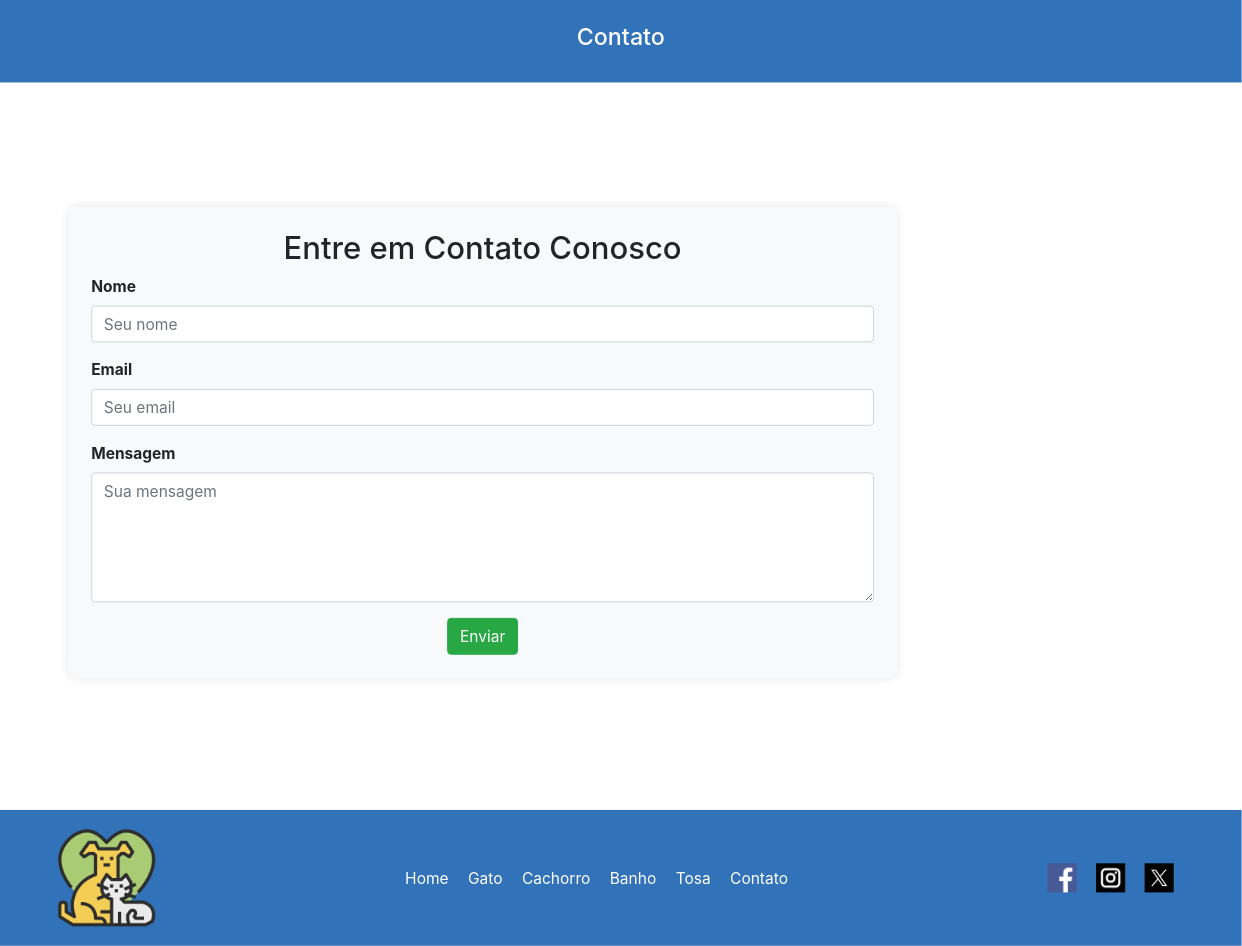
Repository: graeff01/petshop-project
Page: contato.html
An editor plug-in stored every save of this project. The page is shown before and after the next save, followed by the edit.
The browser window is 1280 px wide. The pictures show the whole page, at 97% of full size.

Above is the page before, as saved 2024-09-18 11:43:46.

### contato.html
<!DOCTYPE html>
<html lang="en">
<head>
    <meta charset="UTF-8">
    <meta name="viewport" content="width=device-width, initial-scale=1.0">
    <title>PetShop - Contato</title>
    <link rel="stylesheet" href="css/ctt.css">
    <link href="https://maxcdn.bootstrapcdn.com/bootstrap/4.5.2/css/bootstrap.min.css" rel="stylesheet">
</head>
<body>
    <header class="blue-background text-center p-4">
        <h1>Contato</h1>
    </header>
    <div class="container mt-5">
        <div class="row">
            <section class="col-md-9 p-4 form-section">
                <h2 class="text-center">Entre em Contato Conosco</h2>
                <form>
                    <div class="form-group">
                        <label for="contact-name">Nome</label>
                        <input type="text" class="form-control" id="contact-name" placeholder="Seu nome">
                    </div>
                    <div class="form-group">
                        <label for="contact-email">Email</label>
                        <input type="email" class="form-control" id="contact-email" placeholder="Seu email">
                    </div>
                    <div class="form-group">
                        <label for="contact-message">Mensagem</label>
                        <textarea class="form-control" id="contact-message" rows="5" placeholder="Sua mensagem"></textarea>
                    </div>
                    <div class="text-center">
                        <button type="submit" class="btn btn-success">Enviar</button>
                    </div>
                </form>
            </section>
        </div>
    </div>
    <footer class="footer mt-5">
        <div class="footer-container">
            <div class="footer-left">
                <img src="img/logo.png" alt="PetShop Logo" class="footer-logo">
            </div>
            <div class="footer-center">
                <ul class="footer-links">
                    <li><a href="/index.html">Home</a></li>
                    <li><a href="/gato.html">Gato</a></li>
                    <li><a href="/dog.html">Cachorro</a></li>
                    <li><a href="/banho.html">Banho</a></li>
                    <li><a href="/tosa.html">Tosa</a></li>
                    <li><a href="/contato.html">Contato</a></li>
                </ul>
            </div>
            <div class="footer-right">
                <div class="social-icons">
                    <a href="#"><img src="img/face.png" alt="Facebook"></a>
                    <a href="#"><img src="img/insta.png" alt="Instagram"></a>
                    <a href="#"><img src="img/x.png" alt="Twitter"></a>
                </div>
            </div>
        </div>
    </footer>
    <script src="https://code.jquery.com/jquery-3.5.1.slim.min.js"></script>
    <script src="https://cdn.jsdelivr.net/npm/@popperjs/core@2.9.2/dist/umd/popper.min.js"></script>
    <script src="https://maxcdn.bootstrapcdn.com/bootstrap/4.5.2/js/bootstrap.min.js"></script>
</body>
</html>

### css/ctt.css
body {
    font-family: Arial, sans-serif;
    margin: 0;
    padding: 0;
}

header.blue-background {
    background-color: #2368b3ee;
    color: white;
    padding: 20px 0;
    text-align: center;
    width: 100%;
    box-sizing: border-box;
}

header.blue-background h1 {
    font-size: 24px;
}

.container {
    max-width: 1200px;
    margin: 0 auto;
}

.bg-blue {
    background-color: #2368b3;
    color: white;
    height: 100vh; /* Altura total da tela */
}

.sidebar {
    padding: 20px;
    height: 100%;
}

.profile-icon {
    width: 100px;
    height: 100px;
    border-radius: 50%;
}

.form-section {
    margin-top: 80px;
    margin-bottom: 88px;
    flex: 1;
    padding: 20px;
    background-color: #f8f9fa;
    border-radius: 10px;
    box-shadow: 0 0 10px rgba(0, 0, 0, 0.1);
}

.form-group label {
    font-weight: bold;
}

.form-group input,
.form-group textarea {
    margin-bottom: 15px;
}

.footer {

    background-color: #2368b3ee;
    padding: 20px 0;
    color: white;
    text-align: center;
    width: 100%;
}

.footer-container {
    display: flex;
    justify-content: space-between;
    align-items: center;
    max-width: 1200px;
    margin: 0 auto;
    padding: 0 20px;
    box-sizing: border-box;
}

.footer-left img {
    width: 100px;
}

.footer-center {
    flex: 0;
}

.footer-links {
    list-style-type: none;
    padding: 0;
    margin: 0;
    display: flex;
    justify-content: center;
}

.footer-links li {
    margin: 0 10px;
}

.footer-links a {
    color: white;
    text-decoration: none;
    font-size: 16px;
}

.footer-links a:hover {
    text-decoration: underline;
}

.footer-right .social-icons {
    display: flex;
    justify-content: center;
}

.footer-right .social-icons a {
    margin: 0 10px;
}

.footer-right .social-icons img {
    width: 30px;
    height: 30px;
}

After the next save:
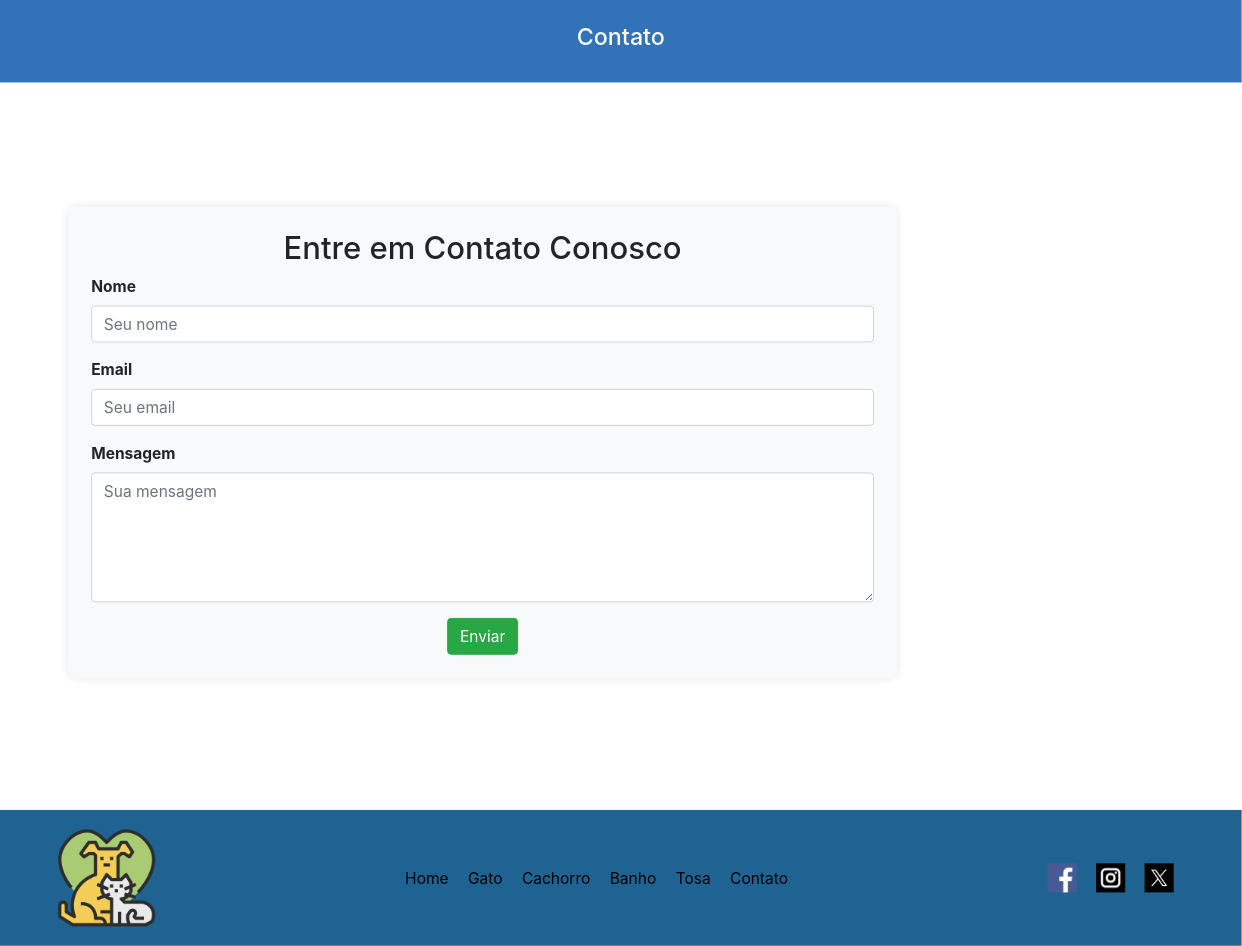
Saved 20 s later.
--- a/css/ctt.css
+++ b/css/ctt.css
@@ -60,7 +60,7 @@ header.blue-background h1 {
 
 .footer {
 
-    background-color: #2368b3ee;
+    background-color: #1e6391;
     padding: 20px 0;
     color: white;
     text-align: center;
@@ -98,7 +98,7 @@ header.blue-background h1 {
 }
 
 .footer-links a {
-    color: white;
+    color: rgb(0, 0, 0);
     text-decoration: none;
     font-size: 16px;
 }
